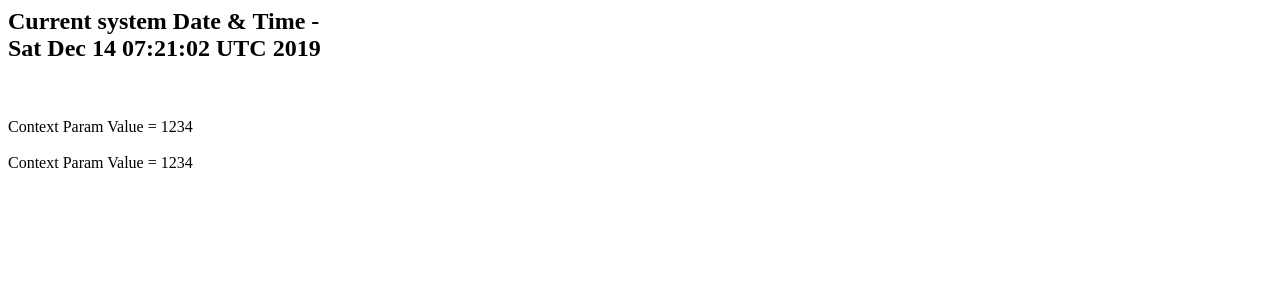
Repository: MamathaManchala/TY_CG_HTD_BangloreNovember_JFS_MamathaManchala
Page: http://localhost/mywebapp/currentDate
The author's editor kept a copy of each file at every save. The page is drawn from the files as they stood at one save, then again after a run of saves.
The browser window is 1280 px wide. The pictures show the whole page.
The page is served by Tomcat 9. Other server files are loaded and not shown.

Above is the page before, as saved 2019-12-16 07:47:06.

### BackEnd/servelets/mywebapp/src/main/java/com/capgemini/mywebapp/servelets/DateServelet.java
package com.capgemini.mywebapp.servelets;

import java.io.IOException;
import java.io.PrintWriter;
import java.util.Date;

import javax.servlet.ServletConfig;
import javax.servlet.ServletContext;
import javax.servlet.ServletException;
import javax.servlet.http.HttpServlet;
import javax.servlet.http.HttpServletRequest;
import javax.servlet.http.HttpServletResponse;

public class DateServelet extends HttpServlet {

	@Override
	protected void doGet(HttpServletRequest req, HttpServletResponse resp) throws ServletException, IOException {

		// Current System & date
		Date date = new Date();

		//Get the context param

		//ServletContext context = getServletContext();
		ServletContext context = req.getServletContext();
		String contextParamVal=context.getInitParameter("myContextParam");

		//Get Config Param

		ServletConfig config = getServletConfig();
		String configParammyConfigParamal=config.getInitParameter("myConfigParam");


	resp.setContentType("text/html");
	resp.setHeader("refresh", "1");

	PrintWriter out = resp.getWriter();
	out.print("<html>");

	//displayinf context Param & config Param value

	out.print("<h2>Current system Date & Time - <br> " + date + "</h2>");
	out.println("<br><br>Context Param Value = "+ contextParamVal);
	out.println("<br><br>Context Param Value = "+ contextParamVal);
	out.print("</html>");







	}//End of doGet

}// End of class

After the next 5 saves:
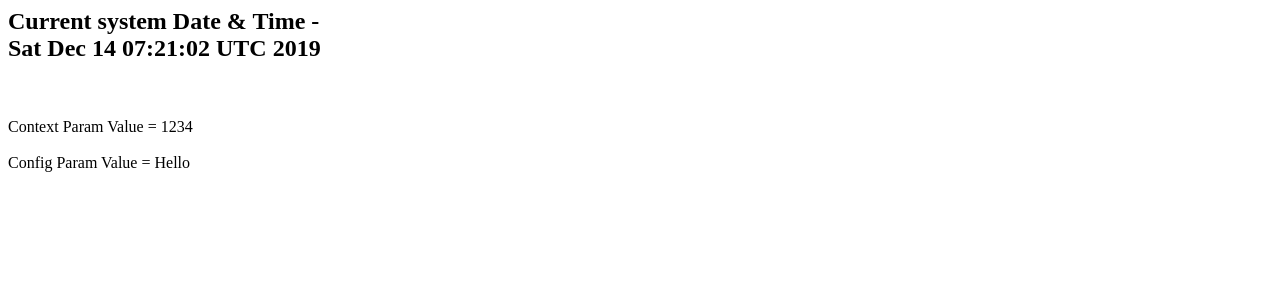
The 5 saves are shown as one change because 4 did not build or start.
The last was saved 101 s later.
--- a/BackEnd/servelets/mywebapp/src/main/java/com/capgemini/mywebapp/servelets/DateServelet.java
+++ b/BackEnd/servelets/mywebapp/src/main/java/com/capgemini/mywebapp/servelets/DateServelet.java
@@ -28,7 +28,7 @@ public class DateServelet extends HttpServlet {
 		//Get Config Param
 
 		ServletConfig config = getServletConfig();
-		String configParammyConfigParamal=config.getInitParameter("myConfigParam");
+		String configParamVal=config.getInitParameter("myConfigParam");
 
 
 	resp.setContentType("text/html");
@@ -41,7 +41,7 @@ public class DateServelet extends HttpServlet {
 
 	out.print("<h2>Current system Date & Time - <br> " + date + "</h2>");
 	out.println("<br><br>Context Param Value = "+ contextParamVal);
-	out.println("<br><br>Context Param Value = "+ contextParamVal);
+	out.println("<br><br>Config Param Value = "+ configParamVal);
 	out.print("</html>");
 
 
